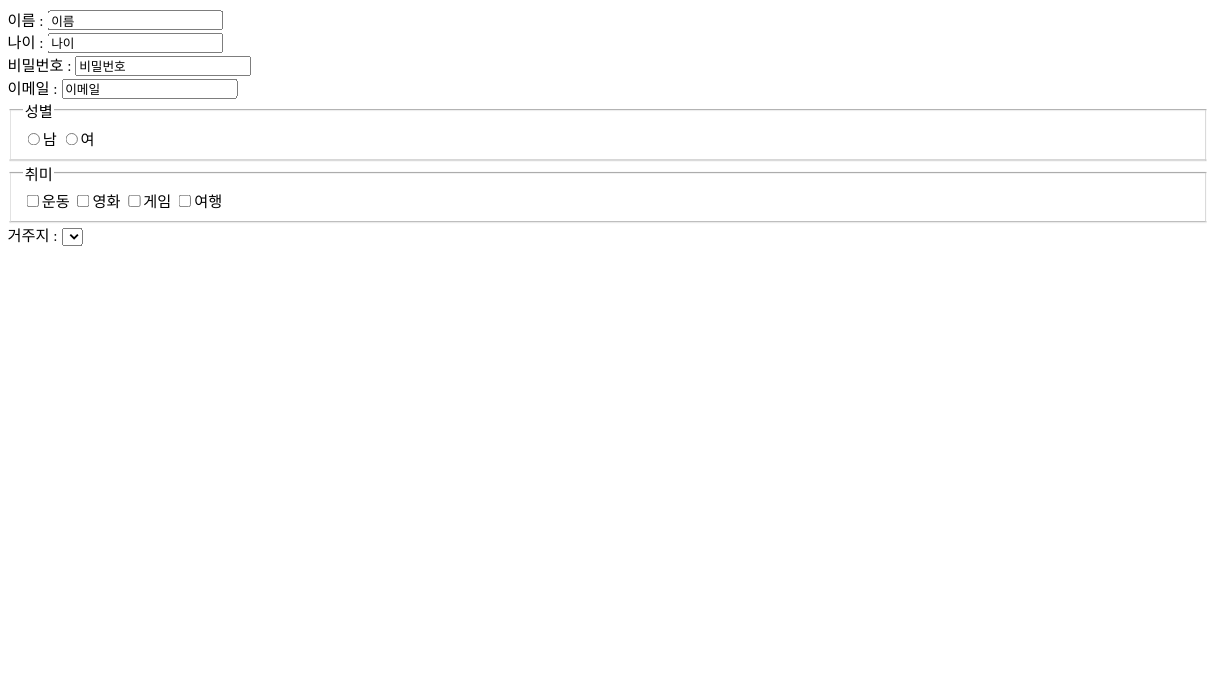
Repository: Dalso13/workspace
Page: workspace_exam/Test_1/WebContent/01_html/08_test.html
The author's editor kept a copy of each file at every save. The page is drawn from the files as they stood at one save, then again after the next save.
The browser window is 1280 px wide. The pictures show the whole page, at 95% of full size.

Above is the page before, as saved 2023-03-14 04:16:24.

After the next save:
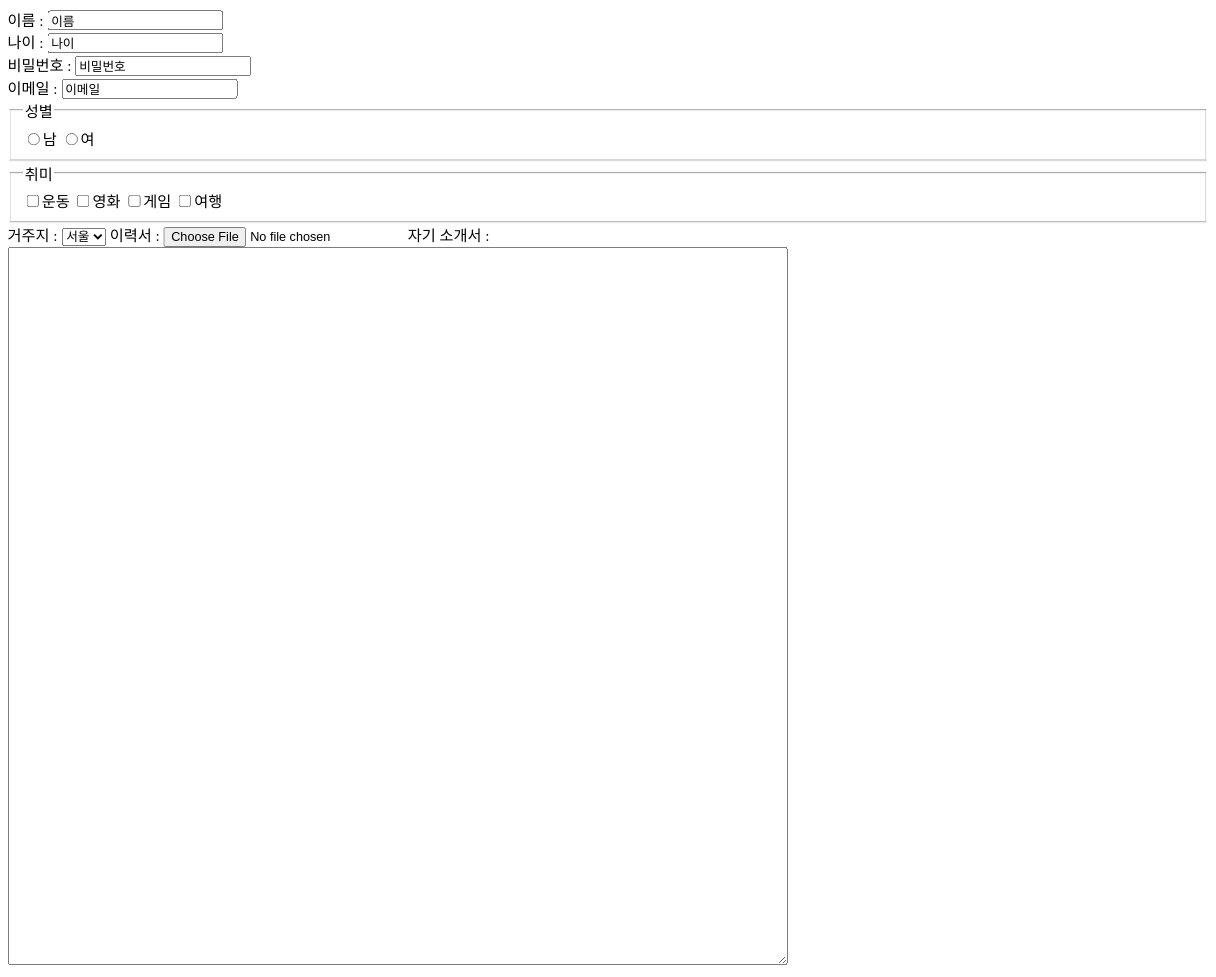
Saved 2 min 19 s later.
--- a/workspace_exam/Test_1/WebContent/01_html/08_test.html
+++ b/workspace_exam/Test_1/WebContent/01_html/08_test.html
@@ -26,10 +26,14 @@
 		</fieldset>
 
 		거주지 : <select name="addr1">
-				<option value="서울">
-				<option value="경기">
-				<option value="강원">
-				<option value="제주">
+				<option value="서울">서울
+				<option value="경기">경기
+				<option value="강원">강원
+				<option value="제주">제주
 				</select>
+
+		이력서 : <input type="file">
+
+		자기 소개서 : <textarea rows="50" cols="100"></textarea>
 </body>
 </html>
